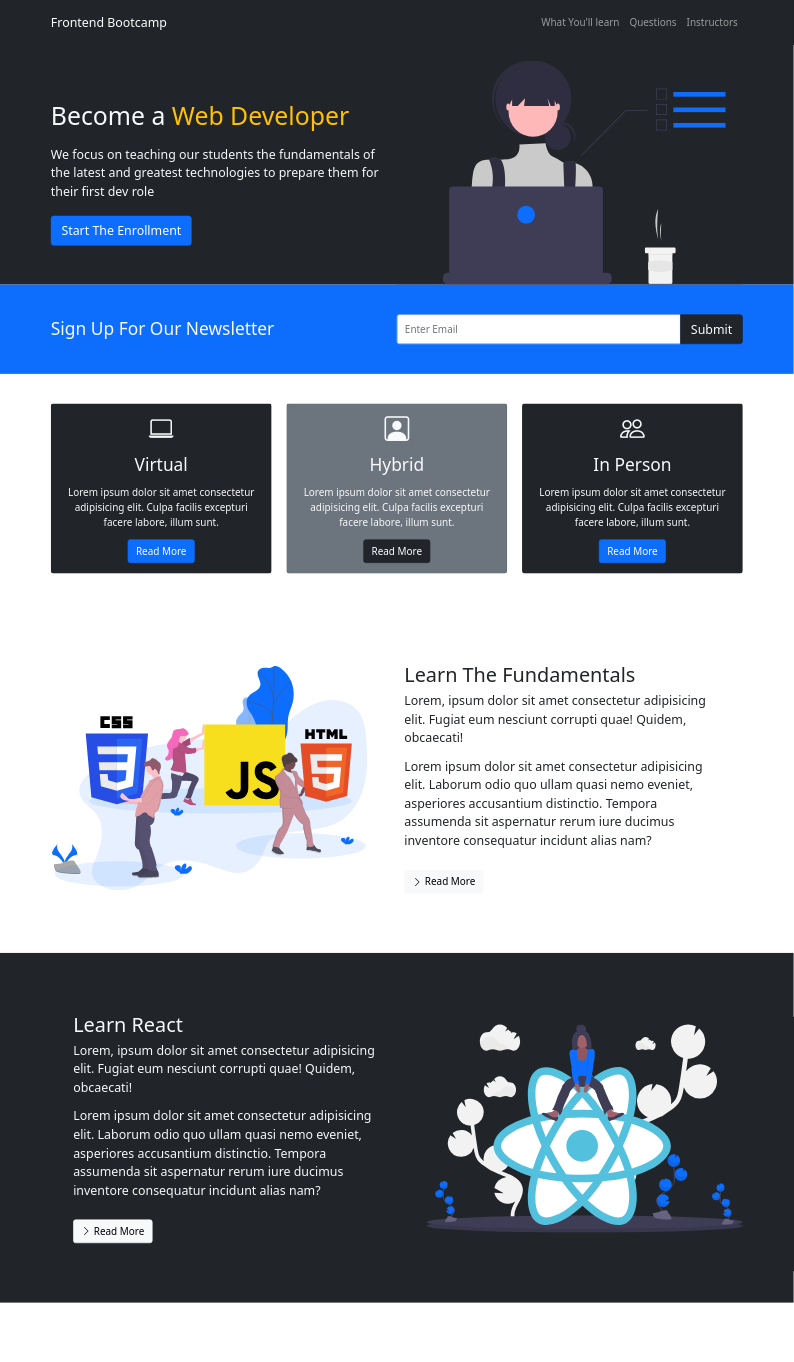
Repository: Marhamat92/Bootstrap5-Responsive-Website-
Page: index.html
These files come from the project's save history. The page is drawn as it stood at one moment and after the next save; the edit follows.
The browser window is 1280 px wide. The pictures show the whole page, at 62% of full size.
Some web libraries are served in a nearby version.

Above is the page before, as saved 2021-09-18 17:54:39.

### index.html
<!DOCTYPE html>
<html lang="en">

<head>
    <meta charset="UTF-8">
    <meta http-equiv="X-UA-Compatible" content="IE=edge">
    <meta name="viewport" content="width=device-width, initial-scale=1.0">
    <link href="https://cdn.jsdelivr.net/npm/bootstrap@5.0.2/dist/css/bootstrap.min.css" rel="stylesheet"
        integrity="sha384-EVSTQN3/azprG1Anm3QDgpJLIm9Nao0Yz1ztcQTwFspd3yD65VohhpuuCOmLASjC" crossorigin="anonymous">
    <link rel="stylesheet" href="https://cdn.jsdelivr.net/npm/bootstrap-icons@1.3.0/font/bootstrap-icons.css">
    <link rel="stylesheet" href="style.css">
    <title>Frontend Bootcamp</title>

</head>

<body>
    <!--Navbar-->
    <nav class="navbar navbar-expand-lg bg-dark navbar-dark py-3 fixed-top">
        <div class="container">
            <a href="#" class="navbar-brand">Frontend Bootcamp</a>
            <button class="navbar-toggler" type="button" data-bs-toggle="collapse" data-bs-target="#navmenu">
                <span class="navbar-toggler-icon"></span>
            </button>
            <div class="collapse navbar-collapse" id="navmenu">
                <ul class="navbar-nav ms-auto">
                    <li class="nav-item">
                        <a href="#learn" class="nav-link">What You'll learn</a>
                    </li>
                    <li class="nav-item">
                        <a href="#questions" class="nav-link">Questions</a>
                    </li>
                    <li class="nav-item">
                        <a href="#instructors" class="nav-link">Instructors</a>
                    </li>
                </ul>
            </div>
        </div>
    </nav>

    <!--Showcase-->

    <section class="bg-dark text-light p-5 p-lg-0 pt-lg-5 text-center text-sm-start">
        <div class="container">
            <div class="d-sm-flex align-items-center justify-content-between">
                <div>
                    <h1>Become a <span class="text-warning">Web Developer</span> </h1>
                    <p class="lead my-4">We focus on teaching our students the fundamentals of the latest and
                        greatest technologies to prepare them for their first dev role
                    </p>
                    <button class="btn btn-primary btn-lg">Start The Enrollment</button>
                </div>
                <img class="img-fluid w-50 d-none d-sm-block" src="img/showcase.svg" alt="showcase">
            </div>
        </div>
    </section>


    <!--Newsletter-->
    <section class=" bg-primary text-light p-5">
        <div class="container">
            <div class="d-md-flex justify-content-between align-items-center">
                <h3 class="mb-3 mb-md-0">Sign Up For Our Newsletter</h3>
                <div class="input-group news-input">
                    <input type="text" class="form-control" placeholder="Enter Email">
                    <button class="btn btn-dark btn-lg" type="button">Submit</button>
                </div>

            </div>
        </div>
    </section>

    <!--Boxes-->
    <section class="p-5">
        <div class="container">
            <div class="row text-center g-4">
                <div class="col-md">
                    <div class="card bg-dark text-light">
                        <div class="card-body text-center">
                            <div class="h1 mb-3"><i class="bi bi-laptop"></i>
                            </div>
                            <h3 class="title mb-3">Virtual</h3>
                            <p class="card-text">
                                Lorem ipsum dolor sit amet consectetur adipisicing elit. Culpa facilis excepturi facere
                                labore, illum sunt.
                            </p>
                            <a href="#" class="btn btn-primary">Read More</a>
                        </div>
                    </div>
                </div>
                <div class="col-md">
                    <div class="card bg-secondary text-light">
                        <div class="card-body text-center">
                            <div class="h1 mb-3"><i class="bi bi-person-square"></i>
                            </div>
                            <h3 class="title mb-3">Hybrid</h3>
                            <p class="card-text">
                                Lorem ipsum dolor sit amet consectetur adipisicing elit. Culpa facilis excepturi facere
                                labore, illum sunt.
                            </p>
                            <a href="#" class="btn btn-dark">Read More</a>
                        </div>
                    </div>
                </div>
                <div class="col-md">
                    <div class="card bg-dark text-light">
                        <div class="card-body text-center">
                            <div class="h1 mb-3"><i class="bi bi-people"></i>
                            </div>
                            <h3 class="title mb-3">In Person</h3>
                            <p class="card-text">
                                Lorem ipsum dolor sit amet consectetur adipisicing elit. Culpa facilis excepturi facere
                                labore, illum sunt.
                            </p>
                            <a href="#" class="btn btn-primary">Read More</a>
                        </div>
                    </div>
                </div>
            </div>
        </div>
    </section>

    <!--Learn Sections-->
    <section id="learn" class="p-5">
        <div class="container">
            <div class="row align-items-center justify-content-between">
                <div class="col-md">
                    <img src="img/fundamentals.svg" class="img-fluid" alt="">
                </div>
                <div class="col-md p-5">
                    <h2>Learn The Fundamentals</h2>
                    <p class="lead">
                        Lorem, ipsum dolor sit amet consectetur adipisicing elit. Fugiat eum nesciunt corrupti quae!
                        Quidem, obcaecati!
                    </p>
                    <p class="lead">Lorem ipsum dolor sit amet consectetur adipisicing elit. Laborum odio quo ullam quasi nemo eveniet, asperiores accusantium distinctio. Tempora assumenda sit aspernatur rerum iure ducimus inventore consequatur incidunt alias nam?</p>
                    <a href="#" class="btn btn-light mt-3"><i class="bi bi-chevron-right"></i> Read More</a>
                </div>
            </div>
        </div>
    </section>


<!--react section-->
    <section id="learn" class="p-5 bg-dark text-light">
        <div class="container">
            <div class="row align-items-center justify-content-between">
                <div class="col-md p-5">
                    <h2>Learn React</h2>
                    <p class="lead">
                        Lorem, ipsum dolor sit amet consectetur adipisicing elit. Fugiat eum nesciunt corrupti quae!
                        Quidem, obcaecati!
                    </p>
                    <p class="lead">Lorem ipsum dolor sit amet consectetur adipisicing elit. Laborum odio quo ullam quasi nemo eveniet, asperiores accusantium distinctio. Tempora assumenda sit aspernatur rerum iure ducimus inventore consequatur incidunt alias nam?</p>
                    <a href="#" class="btn btn-light mt-3"><i class="bi bi-chevron-right"></i> Read More</a>
                </div>
                <div class="col-md">
                    <img src="img/react.svg" class="img-fluid" alt="">
                </div>
            </div>
        </div>
    </section>


<!--Question Accordion-->
<section id="questions" class="p-5">








</section>





















    <script src="https://cdn.jsdelivr.net/npm/bootstrap@5.0.2/dist/js/bootstrap.bundle.min.js"
        integrity="sha384-MrcW6ZMFYlzcLA8Nl+NtUVF0sA7MsXsP1UyJoMp4YLEuNSfAP+JcXn/tWtIaxVXM" crossorigin="anonymous">
    </script>
</body>

</html>

### style.css
@media (min-width:768px) {
    .news-input{
        width:50%;
    }
}


body::before{
    display: block;
    content:'';
    height: 50px;
}

After the next save:
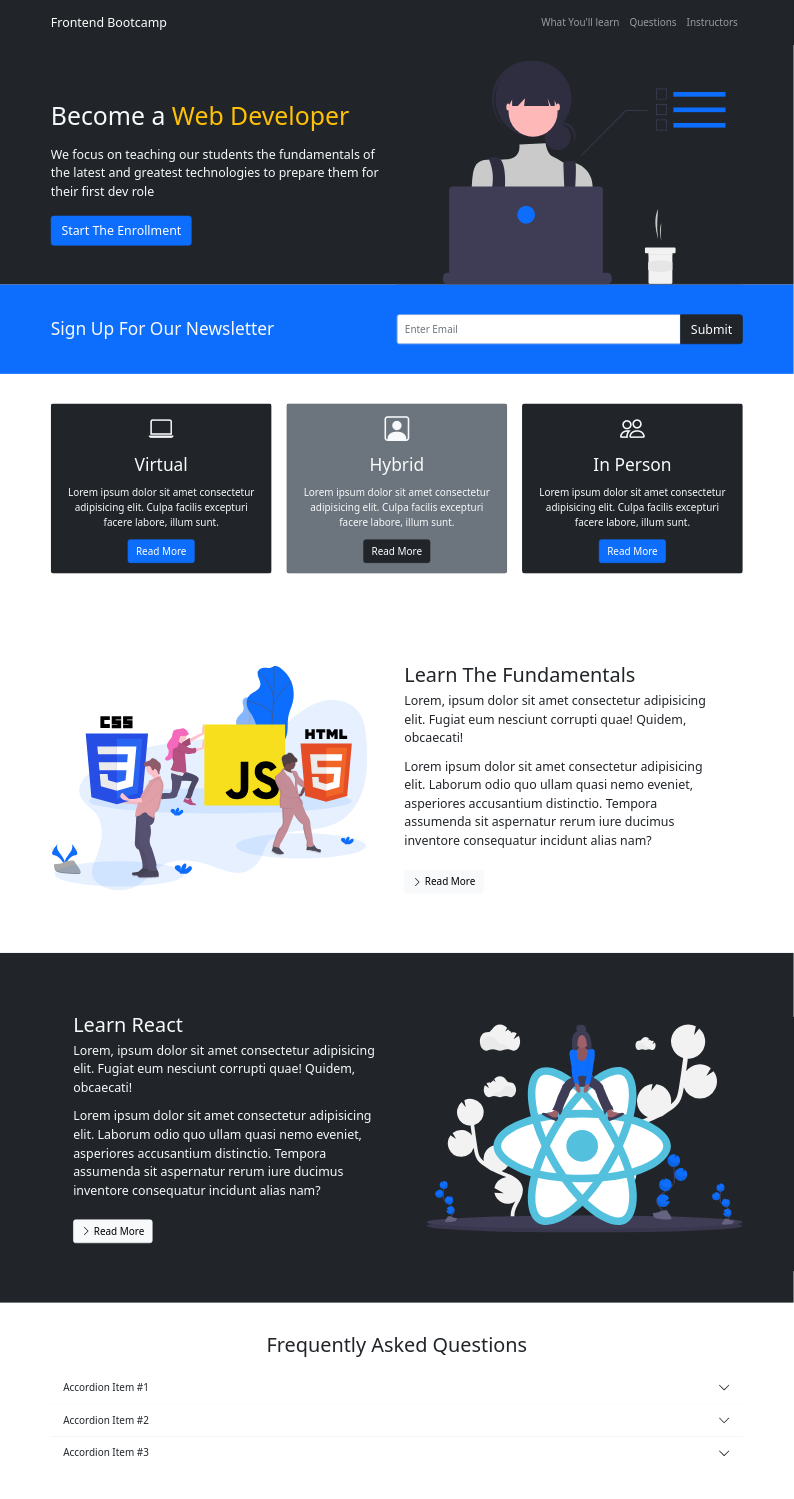
Saved 2 min 37 s later.
--- a/index.html
+++ b/index.html
@@ -132,7 +132,9 @@
                         Lorem, ipsum dolor sit amet consectetur adipisicing elit. Fugiat eum nesciunt corrupti quae!
                         Quidem, obcaecati!
                     </p>
-                    <p class="lead">Lorem ipsum dolor sit amet consectetur adipisicing elit. Laborum odio quo ullam quasi nemo eveniet, asperiores accusantium distinctio. Tempora assumenda sit aspernatur rerum iure ducimus inventore consequatur incidunt alias nam?</p>
+                    <p class="lead">Lorem ipsum dolor sit amet consectetur adipisicing elit. Laborum odio quo ullam
+                        quasi nemo eveniet, asperiores accusantium distinctio. Tempora assumenda sit aspernatur rerum
+                        iure ducimus inventore consequatur incidunt alias nam?</p>
                     <a href="#" class="btn btn-light mt-3"><i class="bi bi-chevron-right"></i> Read More</a>
                 </div>
             </div>
@@ -140,7 +142,7 @@
     </section>
 
 
-<!--react section-->
+    <!--react section-->
     <section id="learn" class="p-5 bg-dark text-light">
         <div class="container">
             <div class="row align-items-center justify-content-between">
@@ -150,7 +152,9 @@
                         Lorem, ipsum dolor sit amet consectetur adipisicing elit. Fugiat eum nesciunt corrupti quae!
                         Quidem, obcaecati!
                     </p>
-                    <p class="lead">Lorem ipsum dolor sit amet consectetur adipisicing elit. Laborum odio quo ullam quasi nemo eveniet, asperiores accusantium distinctio. Tempora assumenda sit aspernatur rerum iure ducimus inventore consequatur incidunt alias nam?</p>
+                    <p class="lead">Lorem ipsum dolor sit amet consectetur adipisicing elit. Laborum odio quo ullam
+                        quasi nemo eveniet, asperiores accusantium distinctio. Tempora assumenda sit aspernatur rerum
+                        iure ducimus inventore consequatur incidunt alias nam?</p>
                     <a href="#" class="btn btn-light mt-3"><i class="bi bi-chevron-right"></i> Read More</a>
                 </div>
                 <div class="col-md">
@@ -161,17 +165,51 @@
     </section>
 
 
-<!--Question Accordion-->
-<section id="questions" class="p-5">
-
-
-
-
-
-
-
-
-</section>
+    <!--Question Accordion-->
+    <section id="questions" class="p-5">
+     <div class="container">
+         <h2 class="text-center mb-4">Frequently Asked Questions</h2>
+         <div class="accordion accordion-flush" id="accordionFlushExample">
+            <div class="accordion-item">
+              <h2 class="accordion-header" id="flush-headingOne">
+                <button class="accordion-button collapsed" type="button" data-bs-toggle="collapse" data-bs-target="#flush-collapseOne" aria-expanded="false" aria-controls="flush-collapseOne">
+                  Accordion Item #1
+                </button>
+              </h2>
+              <div id="flush-collapseOne" class="accordion-collapse collapse" aria-labelledby="flush-headingOne" data-bs-parent="#accordionFlushExample">
+                <div class="accordion-body">Placeholder content for this accordion, which is intended to demonstrate the <code>.accordion-flush</code> class. This is the first item's accordion body.</div>
+              </div>
+            </div>
+            <div class="accordion-item">
+              <h2 class="accordion-header" id="flush-headingTwo">
+                <button class="accordion-button collapsed" type="button" data-bs-toggle="collapse" data-bs-target="#flush-collapseTwo" aria-expanded="false" aria-controls="flush-collapseTwo">
+                  Accordion Item #2
+                </button>
+              </h2>
+              <div id="flush-collapseTwo" class="accordion-collapse collapse" aria-labelledby="flush-headingTwo" data-bs-parent="#accordionFlushExample">
+                <div class="accordion-body">Placeholder content for this accordion, which is intended to demonstrate the <code>.accordion-flush</code> class. This is the second item's accordion body. Let's imagine this being filled with some actual content.</div>
+              </div>
+            </div>
+            <div class="accordion-item">
+              <h2 class="accordion-header" id="flush-headingThree">
+                <button class="accordion-button collapsed" type="button" data-bs-toggle="collapse" data-bs-target="#flush-collapseThree" aria-expanded="false" aria-controls="flush-collapseThree">
+                  Accordion Item #3
+                </button>
+              </h2>
+              <div id="flush-collapseThree" class="accordion-collapse collapse" aria-labelledby="flush-headingThree" data-bs-parent="#accordionFlushExample">
+                <div class="accordion-body">Placeholder content for this accordion, which is intended to demonstrate the <code>.accordion-flush</code> class. This is the third item's accordion body. Nothing more exciting happening here in terms of content, but just filling up the space to make it look, at least at first glance, a bit more representative of how this would look in a real-world application.</div>
+              </div>
+            </div>
+          </div>
+     </div>
+
+
+
+
+
+
+
+    </section>
 
 
 
